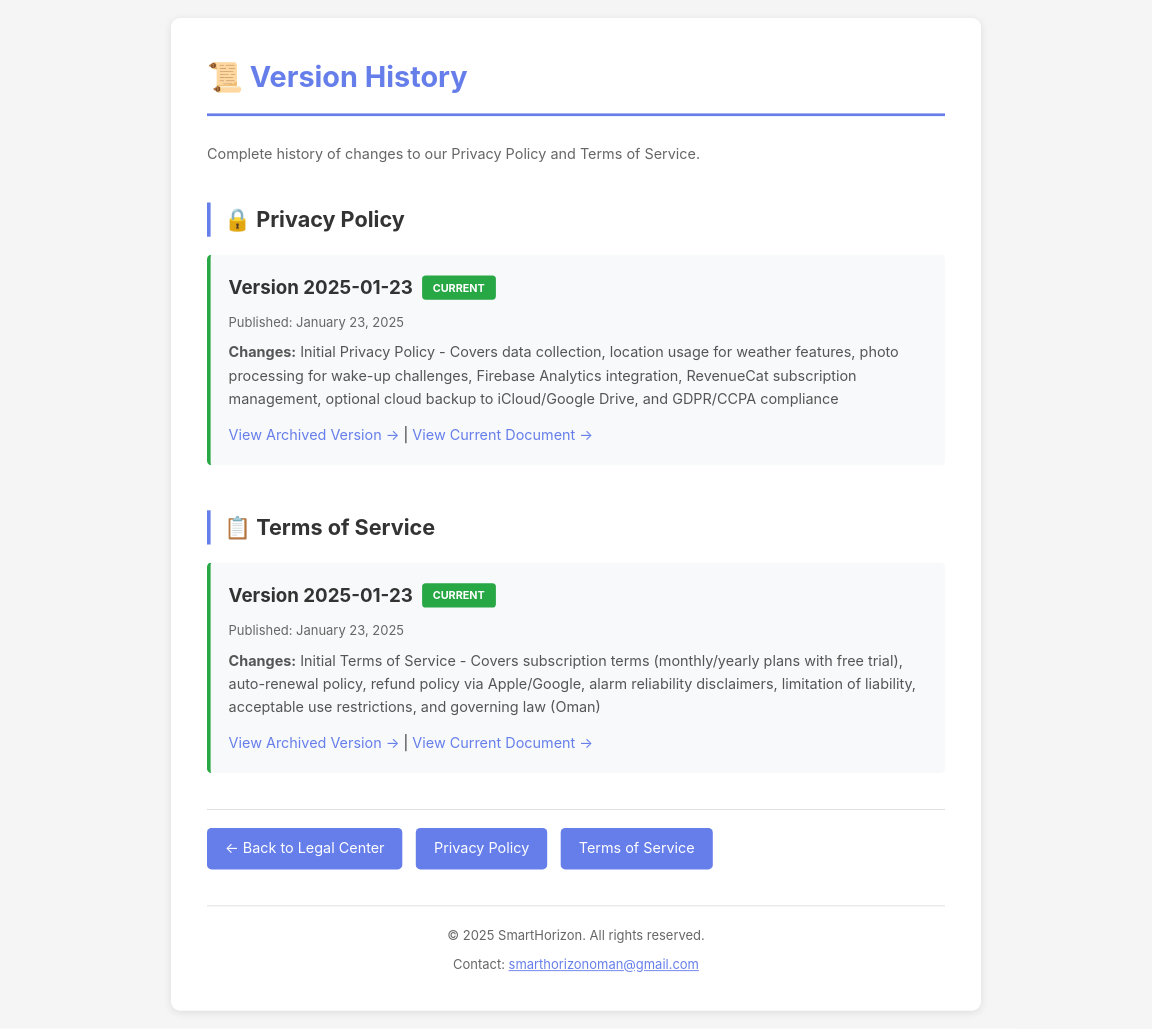
Repository: smarthorizons/smarthorizon_web
Page: legal/alarm-app/changelog.html
The author's editor kept a copy of each file at every save. The page is drawn from the files as they stood at one save, then again after the next save.
The browser window is 1280 px wide. The pictures show the whole page, at 90% of full size.

Above is the page before, as saved 2026-01-28 20:00:46.

### legal/alarm-app/changelog.html
<!DOCTYPE html>
<html lang="en">
<head>
    <meta charset="UTF-8">
    <meta name="viewport" content="width=device-width, initial-scale=1.0">
    <title>Version History - Smart Alarm</title>
    <meta name="description" content="Version history for Smart Alarm privacy policy and terms of service">
    <style>
        * {
            margin: 0;
            padding: 0;
            box-sizing: border-box;
        }

        body {
            font-family: -apple-system, BlinkMacSystemFont, 'Segoe UI', Roboto, 'Helvetica Neue', Arial, sans-serif;
            line-height: 1.6;
            color: #333;
            background-color: #f5f5f5;
            padding: 20px;
        }

        .container {
            max-width: 900px;
            margin: 0 auto;
            background: white;
            padding: 40px;
            border-radius: 10px;
            box-shadow: 0 2px 10px rgba(0, 0, 0, 0.1);
        }

        h1 {
            color: #667eea;
            border-bottom: 3px solid #667eea;
            padding-bottom: 15px;
            margin-bottom: 30px;
        }

        h2 {
            color: #333;
            margin-top: 40px;
            margin-bottom: 20px;
            padding-left: 15px;
            border-left: 4px solid #667eea;
        }

        .loading {
            text-align: center;
            padding: 40px;
            color: #666;
        }

        .error {
            background: #fee;
            border-left: 4px solid #f44336;
            padding: 20px;
            margin: 20px 0;
            border-radius: 5px;
            color: #c62828;
        }

        .version-entry {
            background: #f8f9fa;
            border-left: 4px solid #28a745;
            padding: 20px;
            margin-bottom: 20px;
            border-radius: 5px;
        }

        .version-entry.material {
            border-left-color: #ff9800;
        }

        .version-header {
            display: flex;
            align-items: center;
            gap: 10px;
            margin-bottom: 10px;
            flex-wrap: wrap;
        }

        .version-number {
            font-size: 1.3em;
            font-weight: bold;
            color: #333;
        }

        .badge {
            display: inline-block;
            padding: 4px 12px;
            border-radius: 4px;
            font-size: 0.75em;
            font-weight: bold;
            color: white;
            text-transform: uppercase;
        }

        .badge-current {
            background-color: #28a745;
        }

        .badge-material {
            background-color: #ff9800;
        }

        .version-date {
            color: #666;
            font-size: 0.9em;
            margin-bottom: 10px;
        }

        .version-changes {
            color: #555;
            margin-top: 10px;
        }

        .back-links {
            margin-top: 40px;
            padding-top: 20px;
            border-top: 1px solid #ddd;
            display: flex;
            gap: 15px;
            flex-wrap: wrap;
        }

        .back-links a {
            display: inline-block;
            padding: 10px 20px;
            background: #667eea;
            color: white;
            text-decoration: none;
            border-radius: 5px;
            transition: background 0.3s;
        }

        .back-links a:hover {
            background: #5568d3;
        }

        footer {
            text-align: center;
            margin-top: 40px;
            padding-top: 20px;
            border-top: 1px solid #ddd;
            color: #666;
            font-size: 0.9em;
        }

        /* Dark Mode Support */
        @media (prefers-color-scheme: dark) {
            body {
                background-color: #121212;
                color: #E0E0E0;
            }

            .container {
                background: #1E1E1E;
            }

            h1, h2 {
                color: #BB86FC;
                border-color: #BB86FC;
            }

            .version-entry {
                background: #2D2D2D;
                color: #E0E0E0;
            }

            .version-number {
                color: #FFFFFF;
            }

            .version-date, .version-changes {
                color: #CCCCCC;
            }

            .back-links a {
                background: #BB86FC;
            }

            .back-links a:hover {
                background: #9965D4;
            }

            footer {
                border-top-color: #333;
                color: #999;
            }

            .loading {
                color: #999;
            }

            .error {
                background: #4A0000;
                border-left-color: #F44336;
                color: #FFCCCC;
            }
        }
    </style>
</head>
<body>
    <div class="container">
        <h1>📜 Version History</h1>
        <p style="margin-bottom: 30px; color: #666;">
            Complete history of changes to our Privacy Policy and Terms of Service.
        </p>

        <!-- Loading State -->
        <div id="loading" class="loading">
            <p>Loading version history...</p>
        </div>

        <!-- Error State -->
        <div id="error" class="error" style="display: none;">
            <strong>Error:</strong> <span id="error-message"></span>
        </div>

        <!-- Content will be injected here -->
        <div id="content" style="display: none;">
            <!-- Privacy Policy Versions -->
            <h2 id="privacy">🔒 Privacy Policy</h2>
            <div id="privacy-versions"></div>

            <!-- Terms of Service Versions -->
            <h2 id="terms" style="margin-top: 50px;">📋 Terms of Service</h2>
            <div id="terms-versions"></div>

            <!-- Navigation Links -->
            <div class="back-links">
                <a href="index.html">← Back to Legal Center</a>
                <a href="privacy-policy.html">Privacy Policy</a>
                <a href="terms-of-service.html">Terms of Service</a>
            </div>
        </div>

        <!-- Footer -->
        <footer>
            <p>&copy; 2025 SmartHorizon. All rights reserved.</p>
            <p style="margin-top: 10px;">
                Contact: <a href="mailto:smarthorizonoman@gmail.com" style="color: #667eea;">smarthorizonoman@gmail.com</a>
            </p>
        </footer>
    </div>

    <script>
        // Load and parse changelog.json
        async function loadChangelog() {
            try {
                const response = await fetch('changelog.json');
                if (!response.ok) {
                    throw new Error('Failed to load changelog.json');
                }
                const data = await response.json();
                renderChangelog(data);
            } catch (error) {
                showError(error.message);
            }
        }

        // Render the changelog from JSON data
        function renderChangelog(data) {
            const privacyContainer = document.getElementById('privacy-versions');
            const termsContainer = document.getElementById('terms-versions');

            // Render Privacy Policy versions
            if (data.privacy_policy && data.privacy_policy.versions) {
                const currentVersion = data.privacy_policy.current_version;
                data.privacy_policy.versions.forEach(version => {
                    const versionElement = createVersionElement(
                        version,
                        currentVersion,
                        'privacy-policy.html'
                    );
                    privacyContainer.appendChild(versionElement);
                });
            }

            // Render Terms of Service versions
            if (data.terms_of_service && data.terms_of_service.versions) {
                const currentVersion = data.terms_of_service.current_version;
                data.terms_of_service.versions.forEach(version => {
                    const versionElement = createVersionElement(
                        version,
                        currentVersion,
                        'terms-of-service.html'
                    );
                    termsContainer.appendChild(versionElement);
                });
            }

            // Show content, hide loading
            document.getElementById('loading').style.display = 'none';
            document.getElementById('content').style.display = 'block';

            // Smooth scroll to hash if present
            if (window.location.hash) {
                setTimeout(() => {
                    const element = document.querySelector(window.location.hash);
                    if (element) {
                        element.scrollIntoView({ behavior: 'smooth', block: 'start' });
                    }
                }, 100);
            }
        }

        // Create a version entry element
        function createVersionElement(version, currentVersion, documentUrl) {
            const isCurrent = version.version === currentVersion;
            const isMaterial = version.is_material_change;

            const div = document.createElement('div');
            div.className = 'version-entry' + (isMaterial ? ' material' : '');

            // Format date
            const date = new Date(version.date);
            const formattedDate = date.toLocaleDateString('en-US', {
                year: 'numeric',
                month: 'long',
                day: 'numeric'
            });

            div.innerHTML = `
                <div class="version-header">
                    <span class="version-number">Version ${escapeHtml(version.version)}</span>
                    ${isCurrent ? '<span class="badge badge-current">Current</span>' : ''}
                    ${isMaterial ? '<span class="badge badge-material">Material Change</span>' : ''}
                </div>
                <div class="version-date">
                    Published: ${formattedDate}
                </div>
                <div class="version-changes">
                    <strong>Changes:</strong> ${escapeHtml(version.changes_summary)}
                </div>
                <div style="margin-top: 15px;">
                    <a href="${escapeHtml(version.url)}" style="color: #667eea; text-decoration: none;">View Archived Version →</a>
                    ${isCurrent ? ` | <a href="${documentUrl}" style="color: #667eea; text-decoration: none;">View Current Document →</a>` : ''}
                </div>
            `;

            return div;
        }

        // Show error message
        function showError(message) {
            document.getElementById('loading').style.display = 'none';
            document.getElementById('error').style.display = 'block';
            document.getElementById('error-message').textContent = message;
        }

        // Escape HTML to prevent XSS
        function escapeHtml(text) {
            const div = document.createElement('div');
            div.textContent = text;
            return div.innerHTML;
        }

        // Load changelog on page load
        window.addEventListener('DOMContentLoaded', loadChangelog);
    </script>
</body>
</html>

### legal/alarm-app/changelog.json
{
  "privacy_policy": {
    "current_version": "2025-01-23",
    "current_url": "https://smarthorizons.co/legal/alarm-app/privacy-policy.html",
    "versions": [
      {
        "version": "2025-01-23",
        "date": "2025-01-23T10:00:00Z",
        "url": "https://smarthorizons.co/legal/alarm-app/versions/privacy/2025-01-23.html",
        "changes_summary": "Initial Privacy Policy - Covers data collection, location usage for weather features, photo processing for wake-up challenges, Firebase Analytics integration, RevenueCat subscription management, optional cloud backup to iCloud/Google Drive, and GDPR/CCPA compliance",
        "is_material_change": false,
        "requires_reacceptance": false
      }
    ]
  },
  "terms_of_service": {
    "current_version": "2025-01-23",
    "current_url": "https://smarthorizons.co/legal/alarm-app/terms-of-service.html",
    "versions": [
      {
        "version": "2025-01-23",
        "date": "2025-01-23T10:00:00Z",
        "url": "https://smarthorizons.co/legal/alarm-app/versions/terms/2025-01-23.html",
        "changes_summary": "Initial Terms of Service - Covers subscription terms (monthly/yearly plans with free trial), auto-renewal policy, refund policy via Apple/Google, alarm reliability disclaimers, limitation of liability, acceptable use restrictions, and governing law (Oman)",
        "is_material_change": false,
        "requires_reacceptance": false
      }
    ]
  }
}

After the next save:
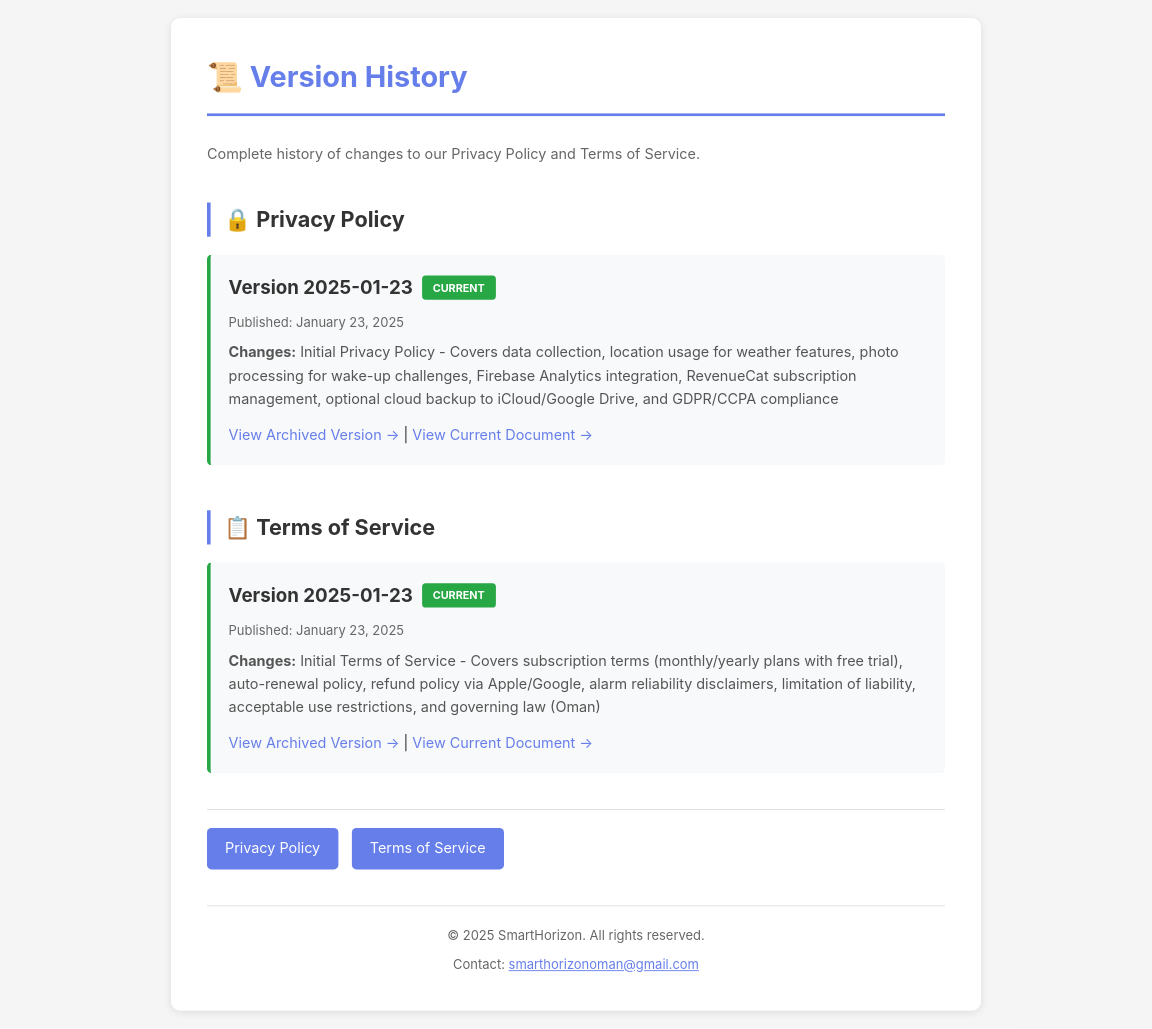
Saved 21 min 12 s later.
--- a/legal/alarm-app/changelog.html
+++ b/legal/alarm-app/changelog.html
@@ -229,7 +229,7 @@
 
             <!-- Navigation Links -->
             <div class="back-links">
-                <a href="index.html">← Back to Legal Center</a>
+                <!-- <a href="index.html">← Back to Legal Center</a> -->
                 <a href="privacy-policy.html">Privacy Policy</a>
                 <a href="terms-of-service.html">Terms of Service</a>
             </div>
